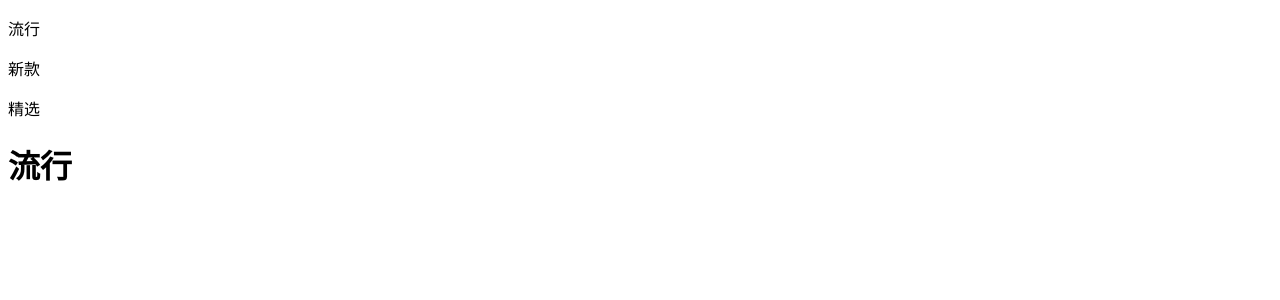
Repository: Hminister/learnReact
Page: /
An editor plug-in stored every save of this project. The page is shown before and after the next save, followed by the edit.
The browser window is 1280 px wide. The pictures show the whole page.
The project was rebuilt for these pictures with package versions that can differ from the ones it lists, and the page was loaded fresh each time.

Above is the page before, as saved 2020-08-20 16:11:04.

### public/index.html
<!DOCTYPE html>
<html lang="en">

<head>
    <meta charset="utf-8" />
    <link rel="icon" href="%PUBLIC_URL%/favicon.ico" />
    <meta name="viewport" content="width=device-width, initial-scale=1" />
    <meta name="theme-color" content="#000000" />
    <meta name="description" content="Web site created using create-react-app" />
    <!--
      manifest.json provides metadata used when your web app is installed on a
      user's mobile device or desktop. See https://developers.google.com/web/fundamentals/web-app-manifest/
    -->
    <!--
      Notice the use of %PUBLIC_URL% in the tags above.
      It will be replaced with the URL of the `public` folder during the build.
      Only files inside the `public` folder can be referenced from the HTML.

      Unlike "/favicon.ico" or "favicon.ico", "%PUBLIC_URL%/favicon.ico" will
      work correctly both with client-side routing and a non-root public URL.
      Learn how to configure a non-root public URL by running `npm run build`.
    -->
    <title>React App</title>
</head>

<body>
    <noscript>You need to enable JavaScript to run this app.</noscript>
    <div id="root"></div>
    <!--
      This HTML file is a template.
      If you open it directly in the browser, you will see an empty page.

      You can add webfonts, meta tags, or analytics to this file.
      The build step will place the bundled scripts into the <body> tag.

      To begin the development, run `npm start` or `yarn start`.
      To create a production bundle, use `npm run build` or `yarn build`.
    -->
</body>

</html>

### src/index.js
import React from 'react'

import ReactDOM from 'react-dom'

import App from './app'

import './tabcontrl.css'

ReactDOM.render(<App />, document.getElementById('root'))

### src/app.js
import React, { Component } from 'react'

import TabContrl from './tab-contrl'
/**
 * 父传子
 * @param {*} props
 */
// //子组件是function类型的传值
// function Tip (props) {
//     const { name, age } = props
//     return `${name}已经${age}岁了`
// }


// //子组件是class类型的传值
// class Content extends Component {
//     constructor(props) {
//         super(props)
//     }
//     render () {
//         const { name, age } = this.props
//         return `${name}已经${age}岁了`
//     }
// }

// export default class App extends Component {
//     render () {
//         return (<h1>
//             <Content></Content>
//             <Tip name={'morgan'} age={18}></Tip>
//         </h1>)
//     }
// }

// Tip.proptypes = {
//     name: PropTypes.string,
//     age: PropTypes.number,
// }

// Content.defaultProps = {
//     name: "王小波",
//     age: 40,
// }

/**
 *
 * @param {*} props
 * 字组件改变父组件
 */

// function CounterButton (props) {
//     const { operator, btnClick } = props;
//     return <button onClick={btnClick}>{operator}</button>
// }

// export default class App extends Component {
//     constructor(props) {
//         super(props);

//         this.state = {
//             counter: 0
//         }
//     }

//     changeCounter (count) {
//         this.setState({
//             counter: this.state.counter + count
//         })
//     }

//     render () {
//         return (
//             <div>
//                 <h2>当前计数: {this.state.counter}</h2>
//                 <CounterButton operator="+1" btnClick={e => this.changeCounter(1)} />
//                 <CounterButton operator="-1" btnClick={e => this.changeCounter(-1)} />
//             </div>
//         )
//     }
// }

export default class App extends Component {
    constructor(props) {
        super(props)
        this.list = ['流行', '新款', '精选']
        this.state = {
            currentList: '流行'
        }
    }

    render () {
        const { currentList } = this.state
        return (
            <div>
                <TabContrl list={this.list} ></TabContrl>
                <h1>{currentList}</h1>
            </div>
        )
    }
}

### src/tab-contrl.js

import React, { Component } from 'react'

import PropTypes from 'prop-types'

export default class tabContrl extends Component {
    constructor(props) {
        super(props)
        this.state = {
            currentIndex: 0
        }
    }
    render () {
        const { list } = this.props
        const { currentIndex } = this.state
        console.log(list)
        return (
            <div>
                {
                    list.map((item, index) => {
                        return (<p className={{ 'active': currentIndex === index }} key={item}> {item}</p>)
                    })
                }
            </div >
        )
    }
}
tabContrl.propTypes = {
    list: PropTypes.array
}

Loaded but not shown: src/tabcontrl.css (common file)

After the next save:
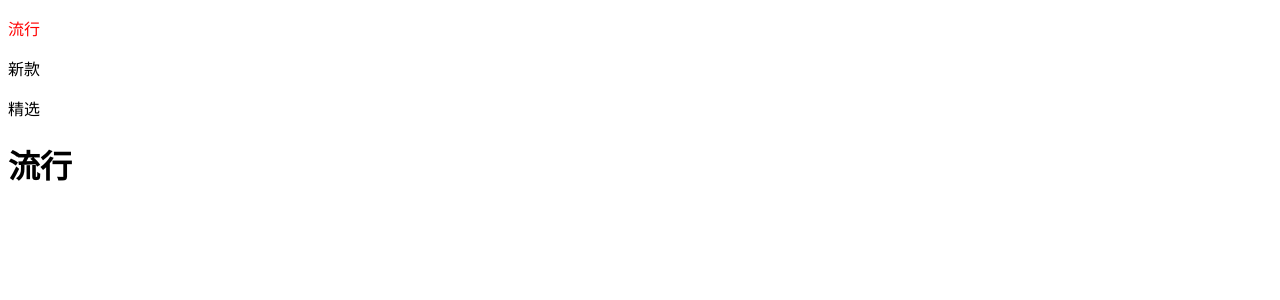
Saved 60 s later.
--- a/src/tab-contrl.js
+++ b/src/tab-contrl.js
@@ -18,7 +18,7 @@ export default class tabContrl extends Component {
             <div>
                 {
                     list.map((item, index) => {
-                        return (<p className={{ 'active': currentIndex === index }} key={item}> {item}</p>)
+                        return (<p className={currentIndex === index && 'active'} key={item}> {item}</p>)
                     })
                 }
             </div >
